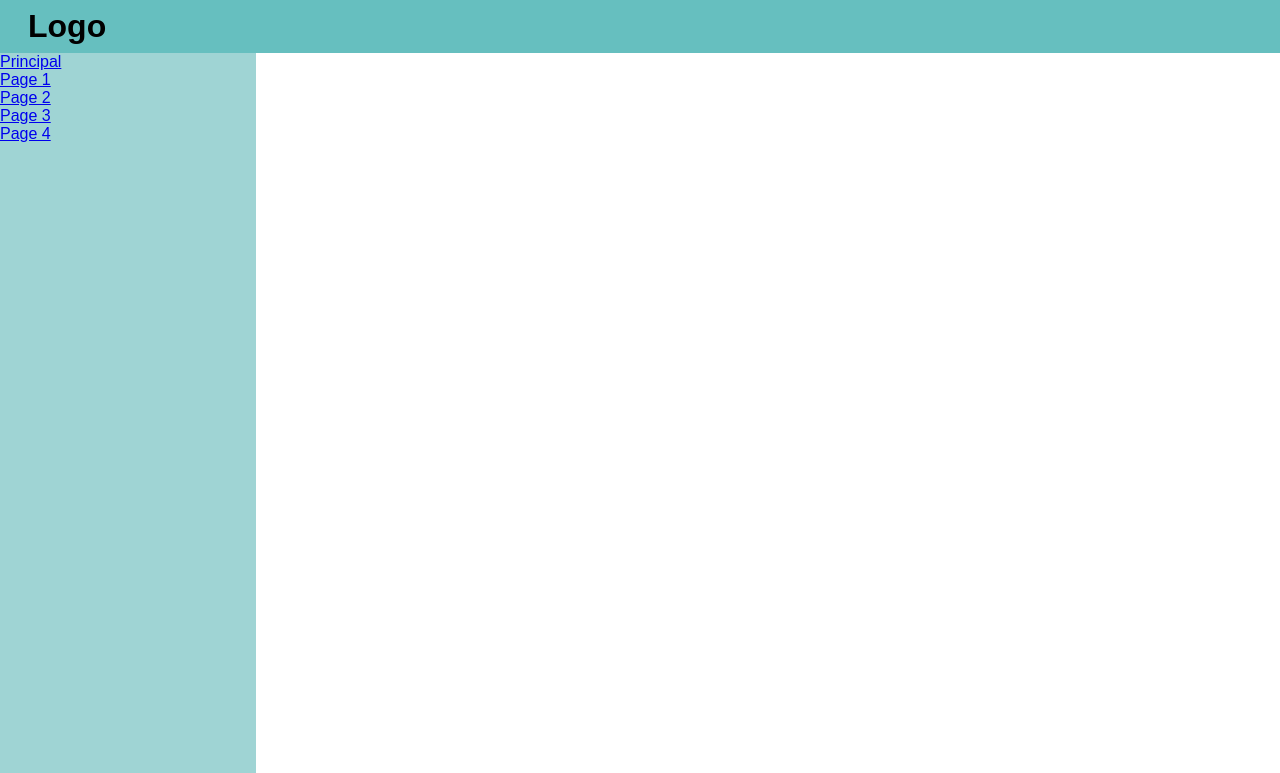
Repository: mateus-henrique-silva/Dashboard-pixel-facebook-react
Page: / (app in dashboard-pixel/)
These files come from the project's save history. The page is drawn as it stood at one moment and after a run of saves; the edit follows.
The browser window is 1280 px wide. The pictures show the whole page.
The project was rebuilt for these pictures with package versions that can differ from the ones it lists, and the page was loaded fresh each time.

Above is the page before, as saved 2022-07-07 17:40:34.

### dashboard-pixel/src/index.js
import React from "react";
import ReactDOM from "react-dom/client";

import App from "./App";
import reportWebVitals from "./reportWebVitals";

const root = ReactDOM.createRoot(document.getElementById("root"));
root.render(
  <React.StrictMode>
    <App />
  </React.StrictMode>
);

reportWebVitals();

### dashboard-pixel/src/App.jsx
import React from "react";
import Main from "./Components/MainPage/Main";



function App() {
  return (
    <div >
        <Main/>


    </div>
  );
}

export default App;

### dashboard-pixel/src/Components/MainPage/Main.jsx
import React from 'react'
import './Main.css'
import Header from '../Header/Header'
import SideBar from "../SideBar/SideBar"

const Main = () => {
  return (
    <div className="Main">
        <Header/>
        <SideBar/>
    </div>
  )
}

export default Main

### dashboard-pixel/src/Components/MainPage/Main.css
* {
  border: 0;
  margin: 0;
  font-family: sans-serif;
}

.Main {
  width: 100%;
  height: 100vh;
}
.startHeader{
    width: 100%;
    display: flex;
    justify-content: center;
}

### dashboard-pixel/src/Components/Header/Header.jsx
import React from 'react'
import "./Header.css"

const Header = () => {
  return (
    <div className="startHeader">

        <div className="Header">
            <h1>Logo</h1>
        </div>

    </div>
  )
}

export default Header

### dashboard-pixel/src/Components/SideBar/SideBar.jsx
import React from "react";
import "./SideBar.css";

const SideBar = () => {
  return (
    <div>
      <div className="div-sidebar">
        <div className="Menu-tag">
          <div><a href="#">Principal</a></div>

          <div><a href="#">Page 1</a></div>
          <div><a href="#">Page 2</a></div>
          <div><a href="#">Page 3</a></div>
          <div><a href="#">Page 4</a></div>
        </div>
      </div>
    </div>
  );
};

export default SideBar;

### dashboard-pixel/src/Components/Header/Header.css
.Header{
    width: 99vw;
    padding: 0.5em 0.5em ;
    background-color:#66BFBF;
    display:flex;
    align-items:center;



}

.Header h1{
    margin-left: 20px;
}

### dashboard-pixel/src/Components/SideBar/SideBar.css
.div-sidebar{
    height:100vh;
    width:20vw;
    background-color:#9fd4d4;
    display:grid;



}

.Menu-tag{
    height:100%;
  padding:



}

.Menu-tag div{
    margin: 0;
}

Loaded but not shown: dashboard-pixel/public/index.html (common file); dashboard-pixel/src/reportWebVitals.js (common file)

After the next 5 saves:
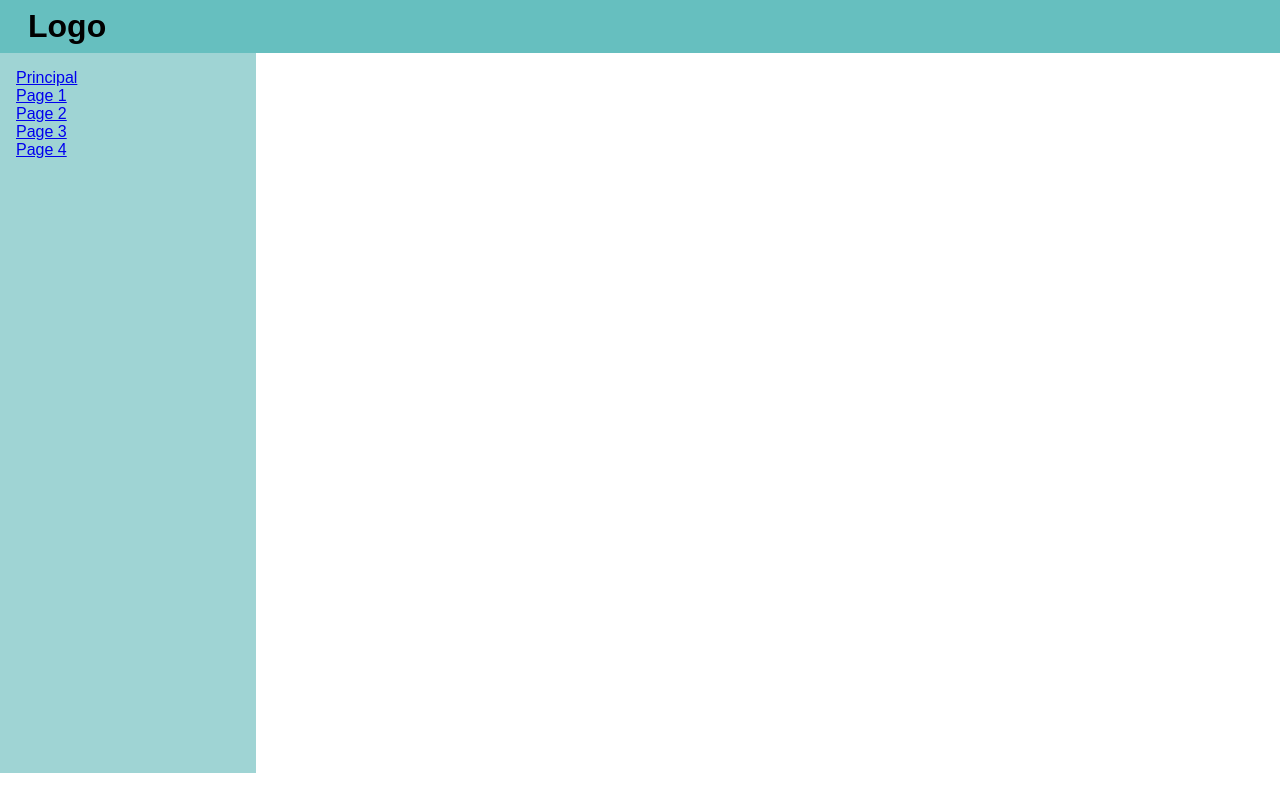
The 5 saves are shown as one change because they came seconds apart.
The last was saved 13 s later.
--- a/dashboard-pixel/src/Components/SideBar/SideBar.css
+++ b/dashboard-pixel/src/Components/SideBar/SideBar.css
@@ -1,21 +1,15 @@
-.div-sidebar{
-    height:100vh;
-    width:20vw;
-    background-color:#9fd4d4;
-    display:grid;
-
-
-
+.div-sidebar {
+  height: 100vh;
+  width: 20vw;
+  background-color: #9fd4d4;
+  display: grid;
 }
 
-.Menu-tag{
-    height:100%;
-  padding:
-
-
-
+.Menu-tag {
+  height: 100%;
+  padding: 1em 1em;
 }
 
-.Menu-tag div{
-    margin: 0;
+.Menu-tag div {
+  margin: 0;
 }
